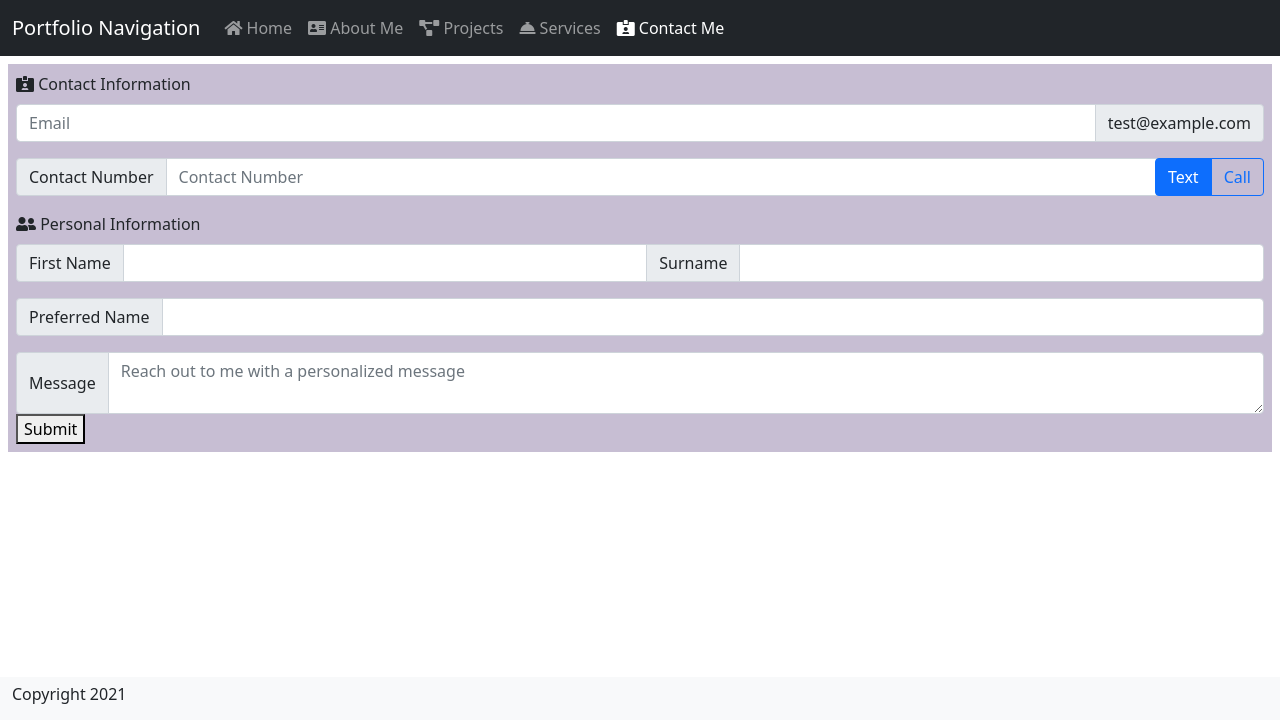
Repository: GarlicButterBoy/Portfolio
Page: contact.html
The author's editor kept a copy of each file at every save. The page is drawn from the files as they stood at one save, then again after a run of saves.
The browser window is 1280 px wide. The page is 1284 px wide, so the pictures cover 1284 px, including what lies to the right of the window. The pictures show the whole page.

Above is the page before, as saved 2021-06-09 13:22:37.

### contact.html
<!DOCTYPE html>
<html lang="en">
<head>
    <meta charset="UTF-8">
    <meta http-equiv="X-UA-Compatible" content="IE=edge">
    <meta name="viewport" content="width=device-width, initial-scale=1.0">
    <title>Nick Sturch-Flint Portfolio</title>
    <link rel="stylesheet" href="./node_modules/bootstrap/dist/css/bootstrap.min.css">
    <link rel="stylesheet" href="./node_modules/@fortawesome/fontawesome-free/css/all.min.css">
    <link rel="stylesheet" href="./Content/app.css">
</head>
<body>
  <!-- Main Navigation -->
    <nav class="navbar navbar-expand-lg navbar-dark bg-dark">
        <div class="container-fluid">
          <a class="navbar-brand" href="#">Portfolio Navigation</a>
          <button class="navbar-toggler" type="button" data-bs-toggle="collapse" data-bs-target="#navbarNavAltMarkup" aria-controls="navbarNavAltMarkup" aria-expanded="false" aria-label="Toggle navigation">
            <span class="navbar-toggler-icon"></span>
          </button>
          <div class="collapse navbar-collapse" id="navbarNavAltMarkup">
            <div class="navbar-nav ml-auto">
              <a id="home" class="nav-link" aria-current="page" href="index.html"><i class="fas fa-home"></i> Home</a>
              <a id="about" class="nav-link" href="about.html"><i class="fas fa-address-card"></i> About Me</a>
              <a id="projects" class="nav-link" href="projects.html"><i class="fas fa-project-diagram"></i> Projects</a>
              <a id="services" class="nav-link" href="services.html"><i class="fas fa-concierge-bell"></i> Services</a>
              <a id="contact" class="nav-link" href="contact.html"><i class="fas fa-id-card-alt"></i> Contact Me</a>
            </div>
          </div>
        </div>
      </nav>
      <!-- End of Main Navigation -->

      <main class="containrer p-2">
        <div class="row">
          <div class="col">
            <div class="jumbotron p-2" id="contentArea">
              <label for="basic-url" class="form-label"><i class="fas fa-id-card-alt"></i> Contact Information</label>
              <div class="input-group mb-3">
                <input type="email" class="form-control" placeholder="Email" aria-label="Email" aria-describedby="basic-addon2">
                <span class="input-group-text" id="basic-addon2">test@example.com</span>
              </div>

              <div class="input-group mb-3">
                <span class="input-group-text" id="basic-addon2">Contact Number</span>
                <input type="tel" class="form-control" placeholder="Contact Number" aria-label="Contact Number" aria-describedby="basic-addon2">

                <div class="btn-group" role="group" aria-label="Basic radio toggle button group">
                  <input type="radio" class="btn-check" name="btnradio" id="btnradio1" autocomplete="off" checked>
                  <label class="btn btn-outline-primary" for="btnradio1">Text</label>

                  <input type="radio" class="btn-check" name="btnradio" id="btnradio2" autocomplete="off">
                  <label class="btn btn-outline-primary" for="btnradio2">Call</label>
                </div>

              </div>

              <label for="basic-url" class="form-label"><i class="fas fa-user-friends"></i> Personal Information</label>
              <div class="input-group mb-3">
                <span class="input-group-text" id="basic-addon3">First Name</span>
                <input type="text" class="form-control" id="basic-url" aria-describedby="basic-addon3">

                <span class="input-group-text">Surname</span>
                <input type="text" class="form-control" aria-label="Surname">
              </div>

              <div class="input-group mb-3">
                <span class="input-group-text">Preferred Name</span>
                <input type="text" class="form-control" aria-label="Preferred Name">
              </div>



              <div class="input-group">
                <span class="input-group-text">Message</span>
                <textarea class="form-control" placeholder="Reach out to me with a personalized message" aria-label="Message"></textarea>
              </div>
              <button>Submit</button>
            </div>
          </div>
        </div>
      </main>


      <footer>
        <nav class="navbar fixed-bottom navbar-light bg-light">
          <div class="container-fluid">
            <h6>Copyright 2021</h6>
          </div>
        </nav>
      </footer>

      <!-- Third Party Libraries -->
      <script src="./node_modules/jquery/dist/jquery.min.js"></script>
      <script src="./node_modules/bootstrap/dist/js/bootstrap.min.js"></script>

      <!-- Third Party Libraries -->
    <script src="./Scripts/app.js"></script>
</body>
</html>

### Content/app.css
.jumbotron {
    background-color: #c7bed3;
  }

### Scripts/app.js
"use strict";

//IIFE - Immediately Invoked Function Expression
// OR - Anonymous Self Executing Function
(function()
{
    //declare function variables here...
    console.log("%cDeclaring Variables", "color:blue");

    /**
     * Variable Initialization in this function
     */
    function Start()
    {
        console.log("%cInitializing Variables", "color:green");

        PageSwitcher();

        Main();
    }

    function PageSwitcher()
    {
        let name = window.location.pathname; //returns full .html page name
        let pageName = name.substring(1, name.length - 5); //returns page name without the first / and the final .html


        switch(pageName)
        {
            case "index":
                DisplayHome();

                break;
            case "about":
                DisplayAbout();
                break;
            case "projects":
                DisplayProjects();
                break;
            case "services":
                DisplayServices();
                break;
            case "contact":
                DisplayContact();
                break;
            default:
                console.error("Page Not Found");
                break;
        }

        $("#"+pageName).addClass("active"); //makes the active page link highlighted
    }

    function DisplayHome()
    {
        document.getElementById("home").className = "nav-link active";
         $("button").on("click", () => {
              location.href = "projects.html";
         });
    }

    function DisplayAbout()
    {

    }

    function DisplayProjects()
    {

    }

    function DisplayServices()
    {

    }

    function DisplayContact()
    {

    }

    /**
     * Main program Entry point is here
     */
    function Main()
    {
        console.log("%cMain Program Starting", "color:orange");

    }

    window.addEventListener("load", Start);
})();

Loaded but not shown: node_modules/bootstrap/dist/css/bootstrap.min.css (library); node_modules/@fortawesome/fontawesome-free/css/all.min.css (library); node_modules/jquery/dist/jquery.min.js (library); node_modules/bootstrap/dist/js/bootstrap.min.js (library)

After the next 2 saves:
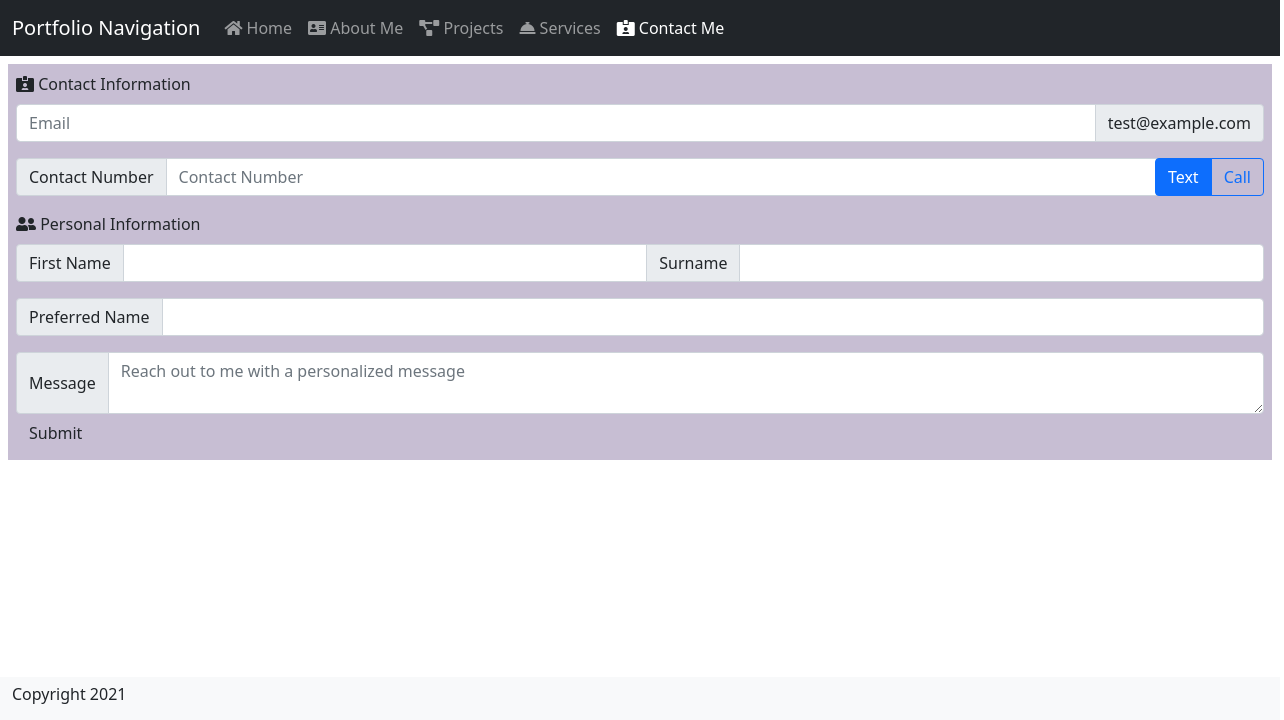
The 2 saves are shown as one change because they came seconds apart.
The last was saved 10 s later.
--- a/contact.html
+++ b/contact.html
@@ -74,7 +74,7 @@
                 <span class="input-group-text">Message</span>
                 <textarea class="form-control" placeholder="Reach out to me with a personalized message" aria-label="Message"></textarea>
               </div>
-              <button>Submit</button>
+              <button class="btn btn-">Submit</button>
             </div>
           </div>
         </div>
